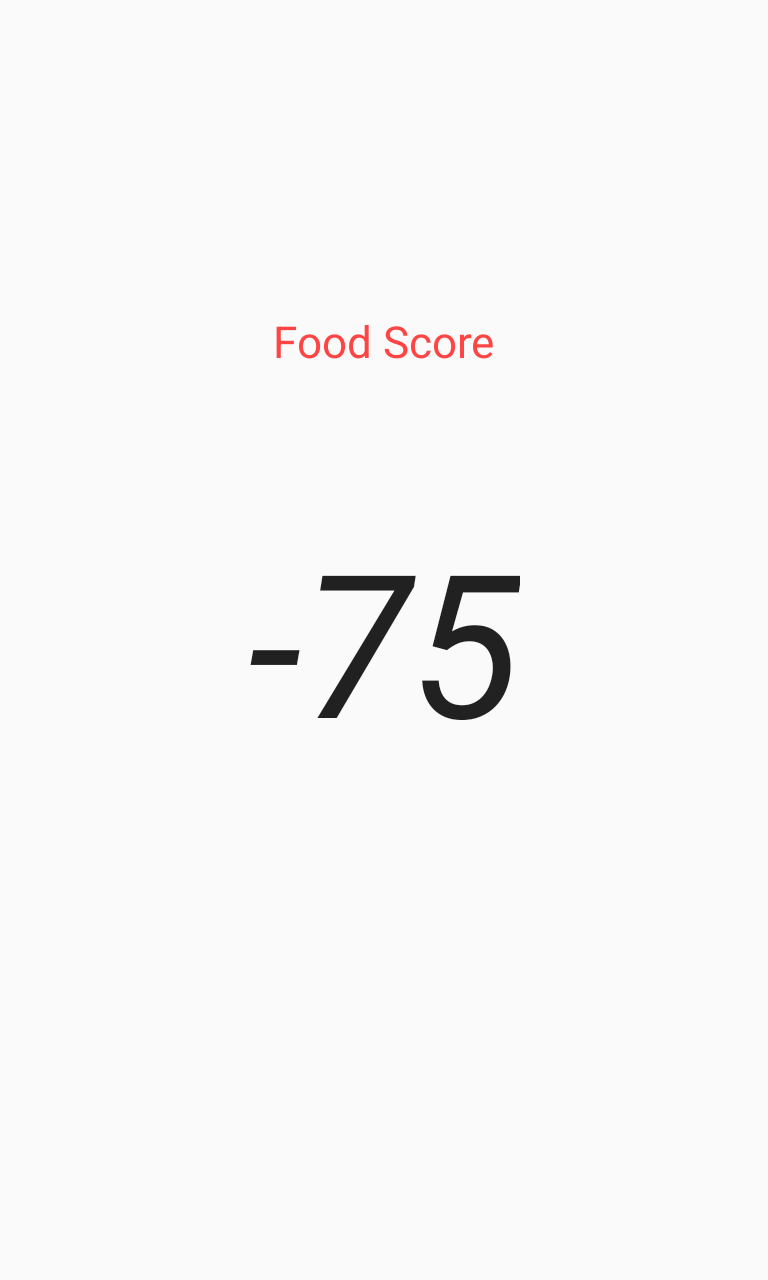
Repository: sehmon/workspace-eclipse
Layout: WhatAmIEating/res/layout/fragment_score.xml
These files come from the project's save history. The layout is drawn as it stood at one moment and after the next save; the edit follows.
It is drawn on a 768 x 1280 px phone screen (xhdpi) without system bars, with theme AppTheme; the app's code is not run.

Above is the layout before, as saved 2014-04-13 11:42:35.

### WhatAmIEating/res/layout/fragment_score.xml
<?xml version="1.0" encoding="utf-8"?>
<RelativeLayout xmlns:android="http://schemas.android.com/apk/res/android"
    android:layout_width="match_parent"
    android:layout_height="match_parent" >

    <TextView
        android:id="@+id/textView1"
        android:layout_width="wrap_content"
        android:layout_height="wrap_content"
        android:layout_centerHorizontal="true"
        android:layout_centerVertical="true"
        android:text="-75"
        android:textAppearance="?android:attr/textAppearanceLarge"
        android:textSize="100dp"
        android:textStyle="italic" />

    <TextView
        android:id="@+id/scoreTextView"
        android:layout_width="wrap_content"
        android:layout_height="wrap_content"
        android:layout_above="@+id/textView1"
        android:layout_centerHorizontal="true"
        android:layout_marginBottom="68dp"
        android:text="Food Score"
        android:textAppearance="?android:attr/textAppearanceLarge"
        android:textColor="#FF4444" />

</RelativeLayout>

Loaded but not shown: WhatAmIEating/res/values/styles.xml (common file); WhatAmIEating/res/values-v11/styles.xml (common file); WhatAmIEating/res/values-v14/styles.xml (common file)

After the next save:
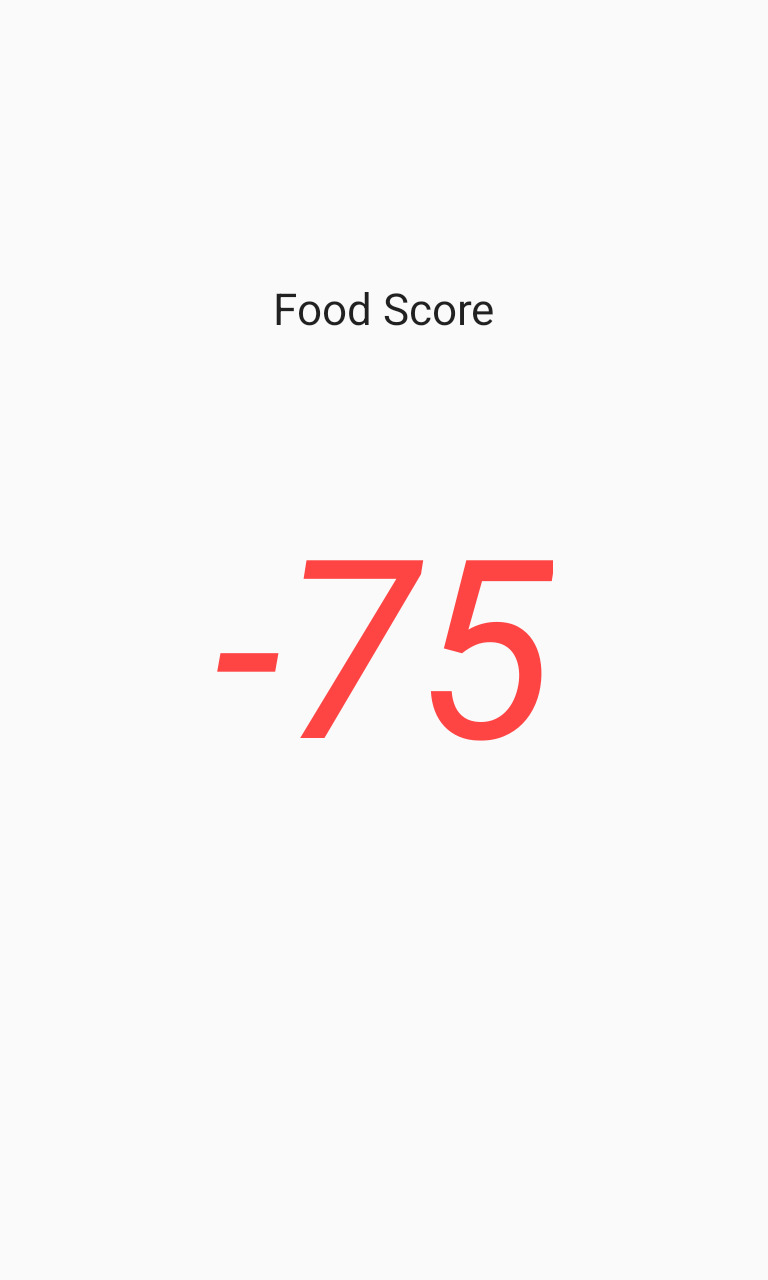
Saved 18 s later.
--- a/WhatAmIEating/res/layout/fragment_score.xml
+++ b/WhatAmIEating/res/layout/fragment_score.xml
@@ -11,8 +11,10 @@
         android:layout_centerVertical="true"
         android:text="-75"
         android:textAppearance="?android:attr/textAppearanceLarge"
-        android:textSize="100dp"
-        android:textStyle="italic" />
+        android:textSize="125dp"
+        android:textStyle="italic"
+        android:textColor="#FF4444" />
+
 
     <TextView
         android:id="@+id/scoreTextView"
@@ -23,6 +25,6 @@
         android:layout_marginBottom="68dp"
         android:text="Food Score"
         android:textAppearance="?android:attr/textAppearanceLarge"
-        android:textColor="#FF4444" />
+         />
 
 </RelativeLayout>
